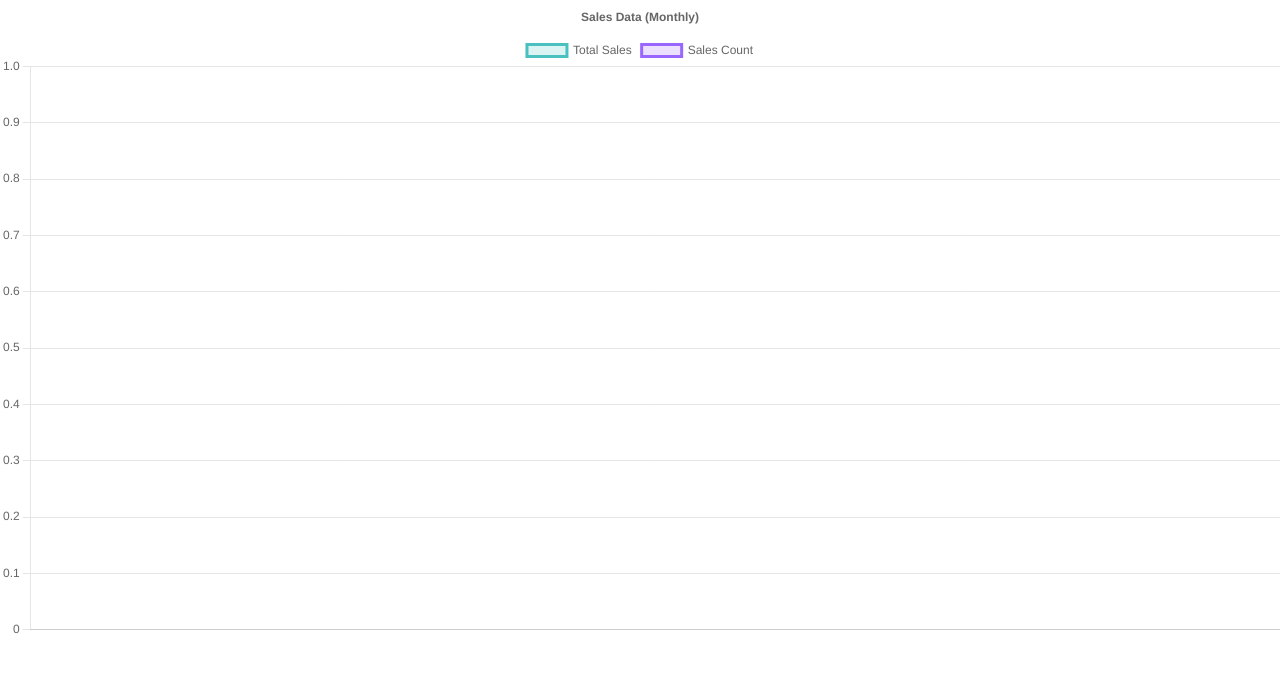
Repository: Qu4ntumGuy/visualize-it
Page: / (app in frontend/)
An editor plug-in stored every save of this project. The page is shown before and after the next save, followed by the edit.
The browser window is 1280 px wide. The pictures show the whole page.
The page's requests for data from a server got no answer. The project was rebuilt for these pictures with package versions that can differ from the ones it lists, and the page was loaded fresh each time. No one was signed in, and anything a server would have sent is missing.

Above is the page before, as saved 2024-08-19 13:48:03.

### frontend/src/App.js
import axios from "axios";
import TotalSales from "./Components/TotalSales";
import { useEffect, useState } from "react";

function App() {
  const [data, setData] = useState([]);
  const [dataType, setDataType] = useState("monthly");

  const fetchSalesData = async () => {
    try {
      const response = await axios.get(
        "http://localhost:8000/api/monthlyTotalSales"
      );
      // console.log(response.data.data);
      setData(response.data.data);
    } catch (error) {
      console.error(error);
    }
  };

  useEffect(() => {
    fetchSalesData();
  }, []);

  return (
    <div className="h-screen overflow-hidden">
      <TotalSales dataType={dataType} fetchedData={data} />
    </div>
  );
}

export default App;

### frontend/src/Components/TotalSales.js
import React from "react";
import { Line } from "react-chartjs-2";
import {
  Chart as ChartJS,
  CategoryScale,
  LinearScale,
  PointElement,
  LineElement,
  Title,
  Tooltip,
  Legend,
} from "chart.js";

// Register the necessary components with Chart.js
ChartJS.register(
  CategoryScale,
  LinearScale,
  PointElement,
  LineElement,
  Title,
  Tooltip,
  Legend
);

const TotalSales = ({ dataType, fetchedData }) => {
  console.log(dataType, fetchedData);
  const salesData = fetchedData;
  const labels = salesData.map((item) =>
    dataType === "monthly"
      ? `${item._id.month}/${item._id.year}`
      : `${item._id.quarter}/${item._id.year}`
  );

  const data = {
    labels,
    datasets: [
      {
        label: "Total Sales",
        data: salesData.map((item) => item.totalSales),
        borderColor: "rgba(75, 192, 192, 1)",
        backgroundColor: "rgba(75, 192, 192, 0.2)",
        fill: true,
        tension: 0.3,
      },
      {
        label: "Sales Count",
        data: salesData.map((item) => item.count),
        borderColor: "rgba(153, 102, 255, 1)",
        backgroundColor: "rgba(153, 102, 255, 0.2)",
        fill: true,
        tension: 0.3,
      },
    ],
  };

  const options = {
    responsive: true,
    plugins: {
      legend: {
        position: "top",
      },
      title: {
        display: true,
        text: `Sales Data (${
          dataType.charAt(0).toUpperCase() + dataType.slice(1)
        })`,
      },
    },
    scales: {
      y: {
        beginAtZero: true,
      },
    },
  };

  return <Line data={data} options={options} />;
};

export default TotalSales;

Loaded but not shown: frontend/public/index.html (common file); frontend/src/index.js (common file); frontend/src/index.css (common file); frontend/src/reportWebVitals.js (common file); frontend/tailwind.config.js (common file)

After the next save:
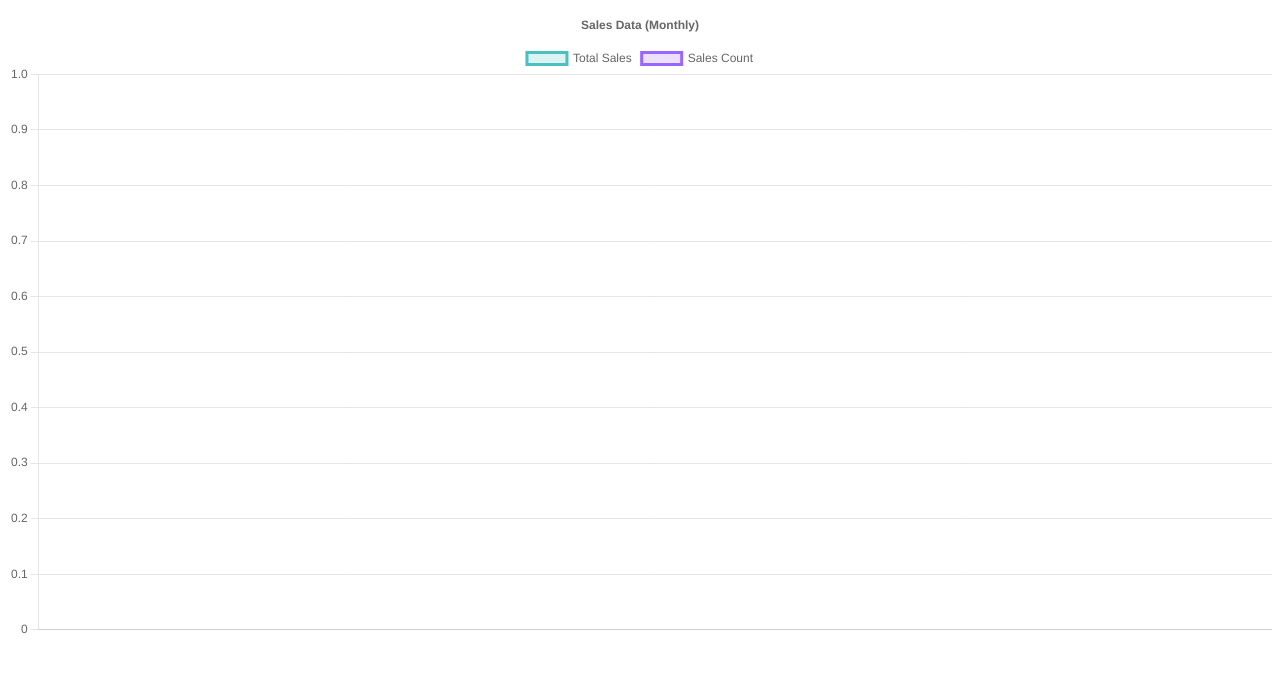
Saved 25 s later.
--- a/frontend/src/App.js
+++ b/frontend/src/App.js
@@ -24,7 +24,9 @@ function App() {
 
   return (
     <div className="h-screen overflow-hidden">
-      <TotalSales dataType={dataType} fetchedData={data} />
+      <div className="p-2">
+        <TotalSales dataType={dataType} fetchedData={data} />
+      </div>
     </div>
   );
 }
